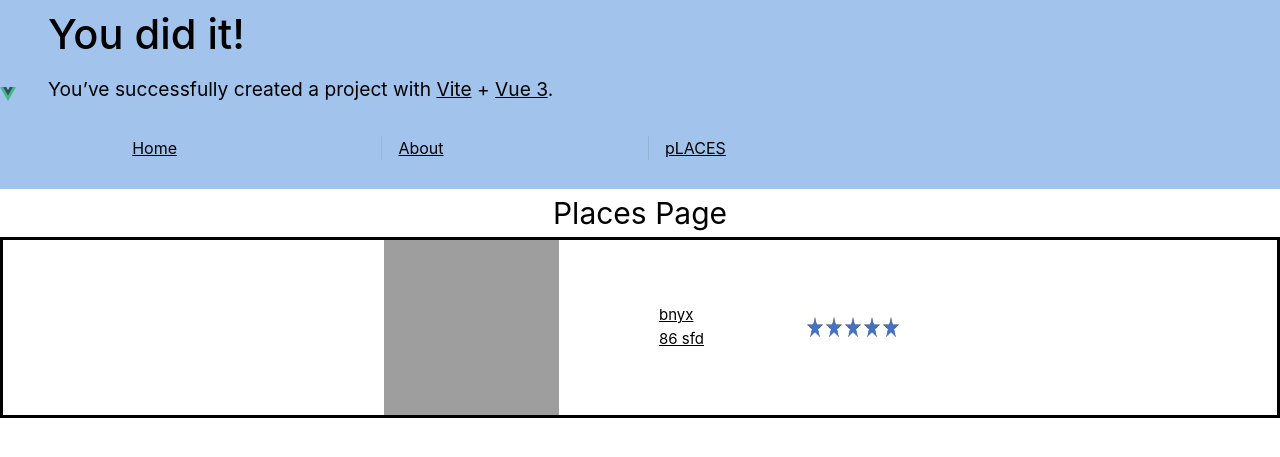
Repository: KevMn6ix/MOD8-2232-GRA-Damois-Leroi--Morant-Munto
Page: /places/travel (app in MOD8-2232-GRA-Damois-Leroi--Morant-Munto/)
An editor plug-in stored every save of this project. The page is shown before and after the next save, followed by the edit.
The browser window is 1280 px wide. The pictures show the whole page.
Pictures or frames that could not be fetched are drawn as grey boxes. The project was rebuilt for these pictures with package versions that can differ from the ones it lists, and the page was loaded fresh each time. Also part of the build but not shown: MOD8-2232-GRA-Damois-Leroi--Morant-Munto/vite.config.js, MOD8-2232-GRA-Damois-Leroi--Morant-Munto/src/views/LoginPage.vue, MOD8-2232-GRA-Damois-Leroi--Morant-Munto/src/components/RowLandingPage.vue, MOD8-2232-GRA-Damois-Leroi--Morant-Munto/src/components/PlaceList.vue.

Above is the page before, as saved 2023-10-05 09:43:32.

### MOD8-2232-GRA-Damois-Leroi--Morant-Munto/src/App.vue
<script setup>
import { RouterLink, RouterView } from 'vue-router'
import HelloWorld from './components/HelloWorld.vue'
</script>

<template>
  <header>
    <img alt="Vue logo" class="logo" src="@/assets/logo.svg" width="125" height="125" />

    <div class="wrapper">
      <HelloWorld msg="You did it!" />

      <nav>
        <RouterLink to="/">Home</RouterLink>
        <RouterLink to="/about">About</RouterLink>
        <RouterLink to="/places/:types">pLACES</RouterLink>
      </nav>
    </div>
  </header>

  <RouterView />
</template>

<style scoped>
header {
  line-height: 1.5;
  max-height: 100vh;
}

.logo {
  display: block;
  margin: 0 auto 2rem;
}

nav {
  width: 100%;
  font-size: 12px;
  text-align: center;
  margin-top: 2rem;
}

nav a.router-link-exact-active {
  color: var(--color-text);
}

nav a.router-link-exact-active:hover {
  background-color: transparent;
}

nav a {
  display: inline-block;
  padding: 0 1rem;
  border-left: 1px solid var(--color-border);
}

nav a:first-of-type {
  border: 0;
}

@media (min-width: 1024px) {
  header {
    display: flex;
    place-items: center;
    padding-right: calc(var(--section-gap) / 2);
  }

  .logo {
    margin: 0 2rem 0 0;
  }

  header .wrapper {
    display: flex;
    place-items: flex-start;
    flex-wrap: wrap;
  }

  nav {
    text-align: left;
    margin-left: -1rem;
    font-size: 1rem;

    padding: 1rem 0;
    margin-top: 1rem;
  }
}
</style>

### MOD8-2232-GRA-Damois-Leroi--Morant-Munto/src/router/index.js
import { createRouter, createWebHistory } from 'vue-router'
import HomeView from '../views/HomeView.vue'

const router = createRouter({
  history: createWebHistory(import.meta.env.BASE_URL),
  routes: [
    {
      path: '/',
      name: 'home',
      component: HomeView
    },
    {
      path: '/about',
      name: 'about',
      // route level code-splitting
      // this generates a separate chunk (About.[hash].js) for this route
      // which is lazy-loaded when the route is visited.
      component: () => import('../views/AboutView.vue')
    },
    {
      path: '/login',
      name: 'login',

      component: () => import('../views/LoginPage.vue')

    },
    {
      path: '/places/:types',
      name: 'PlacesList',

      component: () => import('../views/PlaceListView.vue')
    },
    {
      path: '/places/review',
      name : 'review',

      component: () => import('../views/PlaceReview.vue')
    },
    {

      path: '/places/:types/:id',
      name: 'PlacePage',

      component: () => import('../views/PlacesPage.vue')

    }
  ]
})

export default router

### MOD8-2232-GRA-Damois-Leroi--Morant-Munto/src/views/HomeView.vue
<script setup>
import { ref } from 'vue'
import NavBar from '../components/NavBar.vue';
import RowLandingPage from '../components/RowLandingPage.vue';
import PlaceList from '../components/PlaceList.vue';
import { RouterLink} from 'vue-router'
const userInput = ref('');
let id = ref(0);
const placeList = ref([
  {Id: ++id.value, Type : "restaurants",Title: "Brutopia", Address: "888 rjij", Rating: 2, HygieneRating: 5, AmbianceRating: 3, PriceRating: 5, Picture: "https://css-tricks.com/wp-content/uploads/2018/10/align-items.svg"},
  {Id: ++id.value, Type : "restaurant",Title: "cheval blanc", Address: "56656 fd", Rating: 3, HygieneRating: 3, AmbianceRating: 4, PriceRating: 2},
  {Id: ++id.value, Type : "activity",Title: "nyx", Address: "86 sfd", Rating: 1, HygieneRating: 4, AmbianceRating: 4, PriceRating: 2},
  {Id: ++id.value, Type : "travel",Title: "bnyx", Address: "86 sfd", Rating: 1, HygieneRating: 4, AmbianceRating: 4, PriceRating: 2, Picture:"https://cdn4.buysellads.net/uu/1/134955/1685040267-designdotdev5.jpg"}
])
</script>

<template>
  <header>
    <NavBar @user-input="(termInputed) => {userInput = termInputed; console.log(termInputed)}"/>
  </header>
  <main id="home-body">
    <div v-if="userInput === ''">
    <h1>
      Visit the most beautiful places with MTL<br>Student Spot !
    </h1>
    <ul id="browse">
      <li id="travel"><RouterLink :to="{name : 'PlacesList', params : {types: 'travel'}}"><RowLandingPage textId="travel" textTitle="Travel"/></RouterLink></li>
      <li id="restaurant"><RouterLink :to="{name : 'PlacesList', params : {types: 'restaurants'}}"><RowLandingPage textId="restaurant" textTitle="Restaurant"/></RouterLink></li>
      <li id="activity"><RouterLink :to="{name : 'PlacesList', params : {types: 'activities'}}"><RowLandingPage textId="activity" textTitle="Activity"/></RouterLink></li>
  </ul>
  </div>
  <div v-else id="research">
    <PlaceList :searchTerms="userInput" :placeArray="placeList"/>
  </div>


  </main>
</template>
<style>
* {
    --light-color-background-restaurant: #a2c4ec;
    --light-color-background-travel: #A5BDD9;
    --light-color-background-activity: #9EB3CB;
    --dark-color-background-restaurant: #a2c4ec9d;
    --dark-color-background-travel: #a5bdd971;
    --dark-color-background-activity: #9eb3cb0e;
    --color-background-restaurant: var(--light-color-background-restaurant);
    --color-background-travel: var(--light-color-background-travel);
    --color-background-activity: var(--light-color-background-activity);
    color: black;


}
main {
  display: flex;
  flex-direction: column;
  flex-wrap:nowrap;
}
header {
  padding-top: 1%;
  padding-bottom: 1%;
}
@media (prefers-color-scheme: dark) {
  * {
        --color-background-restaurant: var(--dark-color-background-restaurant);
        --color-background-travel: var(--dark-color-background-travel);
        --color-background-activity: var(--dark-color-background-activity);
        color: white;
      }
    }
    header {
  background-color: var(--color-background-restaurant);
}
h1 {
  text-align: center;
  min-width: 189px;
}
#browse li {
  /*
  display: flex;*/
  padding: 6%;

}
@media (min-width: 500px) {
  #browse li {
    padding: 3%;
  }
}
@media (min-height: 500px) {
  #browse li {
    padding: 3%;
  }
}
ul {
  list-style-type: none;
  /*
  justify-content: flex-start;
  */
  padding: 0;
  text-decoration: none;
  max-height: 100px;
}
#restaurant {
  background-color: var(--color-background-restaurant);
  justify-self: start;
  text-align: end;

}
#travel {
  background-color: var(--color-background-travel);

}
#activity {
  background-color: var(--color-background-activity);

}
#research {
  display: flex;
  justify-content: center;
  flex-direction: column;
}
#research li {
  padding: 1%;
}
</style>

### MOD8-2232-GRA-Damois-Leroi--Morant-Munto/src/views/PlaceListView.vue
<script setup>
  import PlaceList from '../components/PlaceList.vue';
  import PlaceTypeList from '../components/PlaceTypeList.vue';
  import { ref } from 'vue';
  import { useRoute } from 'vue-router';

  const id = ref(0);
  const placeList = ref([
    { Id: ++id.value, Type: "restaurant", Title: "Brutopia", Address: "888 rjij", Rating: 2, HygieneRating: 5, AmbianceRating: 3, PriceRating: 5, Picture: "https://css-tricks.com/wp-content/uploads/2018/10/align-items.svg" },
    { Id: ++id.value, Type: "restaurant", Title: "cheval blanc", Address: "56656 fd", Rating: 3, HygieneRating: 3, AmbianceRating: 4, PriceRating: 2 },
    { Id: ++id.value, Type: "activity", Title: "nyx", Address: "86 sfd", Rating: 1, HygieneRating: 4, AmbianceRating: 4, PriceRating: 2 },
    { Id: ++id.value, Type: "travel", Title: "bnyx", Address: "86 sfd", Rating: 1, HygieneRating: 4, AmbianceRating: 4, PriceRating: 2, Picture: "https://cdn4.buysellads.net/uu/1/134955/1685040267-designdotdev5.jpg" }
  ]);

  const pageTitle = 'Places Page';
  let loadedPlaces = [];

  // Access the type parameter from the URL
  const route = useRoute();
  const types = route.params.types;

  // Simulate loading places based on the 'type' parameter
  switch (types) {
    case 'restaurant':
      loadedPlaces = [
        { id: 3, name: 'Activity 1', rating: 3 },
        { id: 4, name: 'Activity 2', rating: 2 },
      ];
      break;
    case 'activity':
      // Simulate a database response
      break;
    case 'travel':
      // Simulate a database response
      break;
    default:
      loadedPlaces = [];
  }
</script>
/** the purpose of this view is to display list of of all the place corresponding to a specific type*/
<template>
    <div>
      <h1>{{ pageTitle }}</h1>
      <!-- Display Places -->
      <div v-if="placeList.length > 0">

        <PlaceTypeList :type = "types" :placeArray="placeList"/>

      </div>
      <div v-else>
        <p>No places to display</p>
      </div>
    </div>
</template>

### MOD8-2232-GRA-Damois-Leroi--Morant-Munto/src/components/NavBar.vue
<script setup>
import { ref } from 'vue'
import LoginPage from '../views/LoginPage.vue'

const emit = defineEmits(['user-input'])
const UserInput = ref('')
function sendUserInput() {
    console.log(UserInput.value)
    emit('user-input', UserInput.value)
}
</script>
/** This component is hte bar at the top of the screen */
<template>
    <nav id="head-bar">
        <img src="../assets/logoMTL.png">
        <h3>
            MTLSudentSpot
        </h3>
        <input type="text" v-model="UserInput" @input="sendUserInput">
        <div>
        <button>
            <router-link to='/login'>Log In</router-link>
        </button>
        <button>
            Sign In
        </button>
    </div>
    </nav>
    <router-link to="/places/review" name='placereview'> review</router-link>
</template>
<style>
nav {
    display: flex;
    flex-wrap: wrap;
    justify-content: space-around;
    align-items: center;
    padding: 0;
    margin: 0;
    align-items: center;
    flex-grow: 3;
    min-width: 178px;
    gap: 20px;
}
img {
    margin-left: 3px;
    height: 20px;
    width: 16px;
}
input {
    flex-grow: 3;
}
</style>

### MOD8-2232-GRA-Damois-Leroi--Morant-Munto/src/components/PlaceTypeList.vue
<script setup>

    import PlaceItem from './PlaceItem.vue'
    import { computed } from 'vue'
    import { useRoute } from 'vue-router';

    const { type, placeArray } = defineProps({
        type: String,
        placeArray: Object
    });




    const route = useRoute();
    const type_local = route.params.types;

    const searchresults = placeArray.filter((place) => {
        return place.Type === type_local;
    });


</script>

<template>


    <ul>
        <li v-for="place in searchresults">
            <PlaceItem :rating="place.Rating" :id="place.Id">

                <template #picture>
                    <img :src="place.Picture" alt="place's picture">
                </template>
                <template #title>
                    {{ place.Title }}
                </template>
                <template #address>
                    {{ place.Address }}
                </template>

            </PlaceItem>
        </li>
    </ul>
</template>

<style scoped>
    img {
        height: 175px;
        width: 175px;
    }
    @media (max-width: 555px) {
        img {
            height: 50px;
            width: 50px;
        }
    }
    ul {
        display: flex;
        flex-direction: column;
    }
    @media (max-width: 387) {
        ul li {
            width: 300px;
        }

    }
</style>

### MOD8-2232-GRA-Damois-Leroi--Morant-Munto/src/components/PlaceItem.vue
<script setup>
const placeSpecificity = defineProps({
    rating: Number,
    id: Number
})
</script>
/** this component is used for display any kind place */
<template>
    <section id="window">
    <RouterLink  :to="'/places/' + placeSpecificity.id">
        <div id="big-div">
        <slot name="picture" id="picture">
    </slot>
    <div>
    <slot name="title" id="title">

    </slot>
    <br>
    <div id="id-address">
    <slot name="address" id="address">
    </slot></div>
</div>
    <div class="picture" v-if="placeSpecificity.Rating=5">
        <img src="../assets/etoileMTL.png" alt="*">
        <img src="../assets/etoileMTL.png" alt="*">
        <img src="../assets/etoileMTL.png" alt="*">
        <img src="../assets/etoileMTL.png" alt="*">
        <img src="../assets/etoileMTL.png" alt="*">
    </div>
    <div class="picture" v-else-if="placeSpecificity.Rating=4">
        <img src="../assets/etoileMTL.png" alt="*">
        <img src="../assets/etoileMTL.png" alt="*">
        <img src="../assets/etoileMTL.png" alt="*">
        <img src="../assets/etoileMTL.png" alt="*">
        <img src="../assets/etoileMTLempty.png" alt="0">
    </div>
    <div class="picture" v-else-if="placeSpecificity.Rating=3">
        <img src="../assets/etoileMTL.png" alt="*">
        <img src="../assets/etoileMTL.png" alt="*">
        <img src="../assets/etoileMTL.png" alt="*">
        <img src="../assets/etoileMTLempty.png" alt="0">
        <img src="../assets/etoileMTLempty.png" alt="0">
    </div>
    <div class="picture" v-else-if="placeSpecificity.Rating=2">
        <img src="../assets/etoileMTL.png" alt="*">
        <img src="../assets/etoileMTL.png" alt="*">
        <img src="../assets/etoileMTLempty.png" alt="0">
        <img src="../assets/etoileMTLempty.png" alt="0">
        <img src="../assets/etoileMTLempty.png" alt="0">
    </div>
    <div class="picture" v-else-if="placeSpecificity.Rating=1">
        <img src="../assets/etoileMTL.png" alt="*">
        <img src="../assets/etoileMTLempty.png" alt="0">
        <img src="../assets/etoileMTLempty.png" alt="0">
        <img src="../assets/etoileMTLempty.png" alt="0">
        <img src="../assets/etoileMTLempty.png" alt="0">
    </div>
    <div class="picture" v-else>
        <img src="../assets/etoileMTLempty.png" alt="0">
        <img src="../assets/etoileMTLempty.png" alt="0">
        <img src="../assets/etoileMTLempty.png" alt="0">
        <img src="../assets/etoileMTLempty.png" alt="0">
        <img src="../assets/etoileMTLempty.png" alt="0">
    </div>
</div>
     </RouterLink>
    </section>

</template>
<style scoped>
* {
    color: black;
    @media (prefers-color-scheme: dark) {
        color: white;
    }
}
template {
    display: inline-block;

}
#big-div {
    display: flex;
    margin: 0;
    padding: 0;
    align-items: center;
    justify-content: space-between;
    gap: 100px;
    @media (max-width: 400) {
        gap: 0;
        justify-content: center;
    }
}
id-address {
    display: inline-block;
}
.picture {
    display: flex;
    flex-wrap: nowrap;
    align-items: end;
    padding-right: 0;
    margin-right: 0;
}
#window {
    border: solid black;
    display: flex;
    justify-content: center;
    padding: 0;
    min-width: 330px;
    @media (max-width: 400px) {
        margin: 0;
        padding: 1%;
        font-size: 75%;
    }
    /*margin-left: 10%;*/
    @media (prefers-color-scheme: dark) {
        border: solid white;
    }

}
@media (max-width: 400px) {
        img {
            min-width: 5px;
            min-height: 7px;
            width: 1%;
            height: 1%;
        }
    }
</style>

Loaded but not shown: MOD8-2232-GRA-Damois-Leroi--Morant-Munto/index.html (common file); MOD8-2232-GRA-Damois-Leroi--Morant-Munto/src/main.js (common file); MOD8-2232-GRA-Damois-Leroi--Morant-Munto/src/assets/main.css (common file); MOD8-2232-GRA-Damois-Leroi--Morant-Munto/src/assets/base.css (common file); MOD8-2232-GRA-Damois-Leroi--Morant-Munto/src/components/HelloWorld.vue (common file)

After the next save:
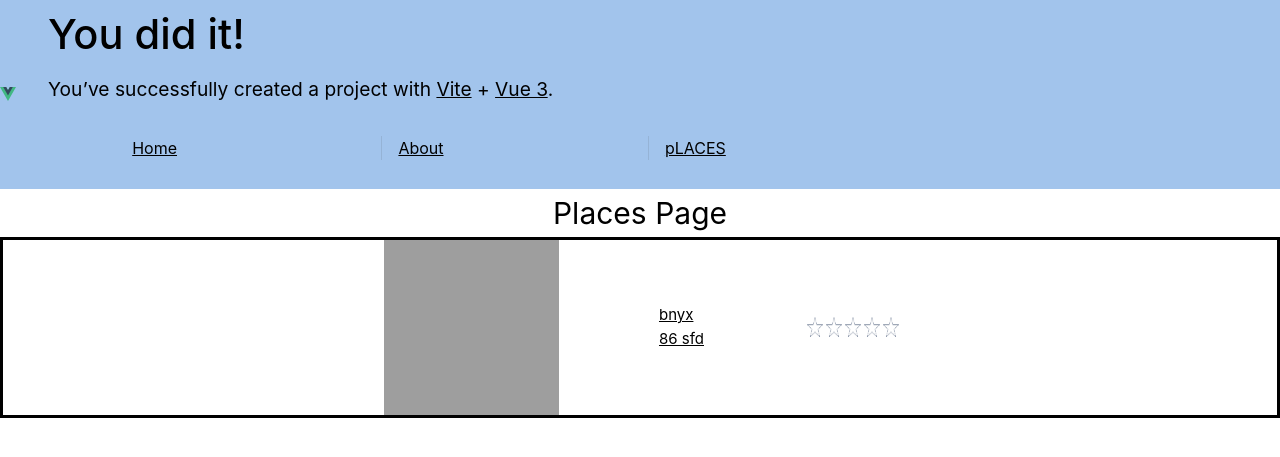
Saved 84 s later.
--- a/MOD8-2232-GRA-Damois-Leroi--Morant-Munto/src/components/PlaceItem.vue
+++ b/MOD8-2232-GRA-Damois-Leroi--Morant-Munto/src/components/PlaceItem.vue
@@ -20,35 +20,35 @@
     <slot name="address" id="address">
     </slot></div>
 </div>
-    <div class="picture" v-if="placeSpecificity.Rating=5">
+    <div class="picture" v-if="placeSpecificity.Rating===5">
         <img src="../assets/etoileMTL.png" alt="*">
         <img src="../assets/etoileMTL.png" alt="*">
         <img src="../assets/etoileMTL.png" alt="*">
         <img src="../assets/etoileMTL.png" alt="*">
         <img src="../assets/etoileMTL.png" alt="*">
     </div>
-    <div class="picture" v-else-if="placeSpecificity.Rating=4">
+    <div class="picture" v-else-if="placeSpecificity.Rating===4">
         <img src="../assets/etoileMTL.png" alt="*">
         <img src="../assets/etoileMTL.png" alt="*">
         <img src="../assets/etoileMTL.png" alt="*">
         <img src="../assets/etoileMTL.png" alt="*">
         <img src="../assets/etoileMTLempty.png" alt="0">
     </div>
-    <div class="picture" v-else-if="placeSpecificity.Rating=3">
+    <div class="picture" v-else-if="placeSpecificity.Rating===3">
         <img src="../assets/etoileMTL.png" alt="*">
         <img src="../assets/etoileMTL.png" alt="*">
         <img src="../assets/etoileMTL.png" alt="*">
         <img src="../assets/etoileMTLempty.png" alt="0">
         <img src="../assets/etoileMTLempty.png" alt="0">
     </div>
-    <div class="picture" v-else-if="placeSpecificity.Rating=2">
+    <div class="picture" v-else-if="placeSpecificity.Rating===2">
         <img src="../assets/etoileMTL.png" alt="*">
         <img src="../assets/etoileMTL.png" alt="*">
         <img src="../assets/etoileMTLempty.png" alt="0">
         <img src="../assets/etoileMTLempty.png" alt="0">
         <img src="../assets/etoileMTLempty.png" alt="0">
     </div>
-    <div class="picture" v-else-if="placeSpecificity.Rating=1">
+    <div class="picture" v-else-if="placeSpecificity.Rating===1">
         <img src="../assets/etoileMTL.png" alt="*">
         <img src="../assets/etoileMTLempty.png" alt="0">
         <img src="../assets/etoileMTLempty.png" alt="0">
